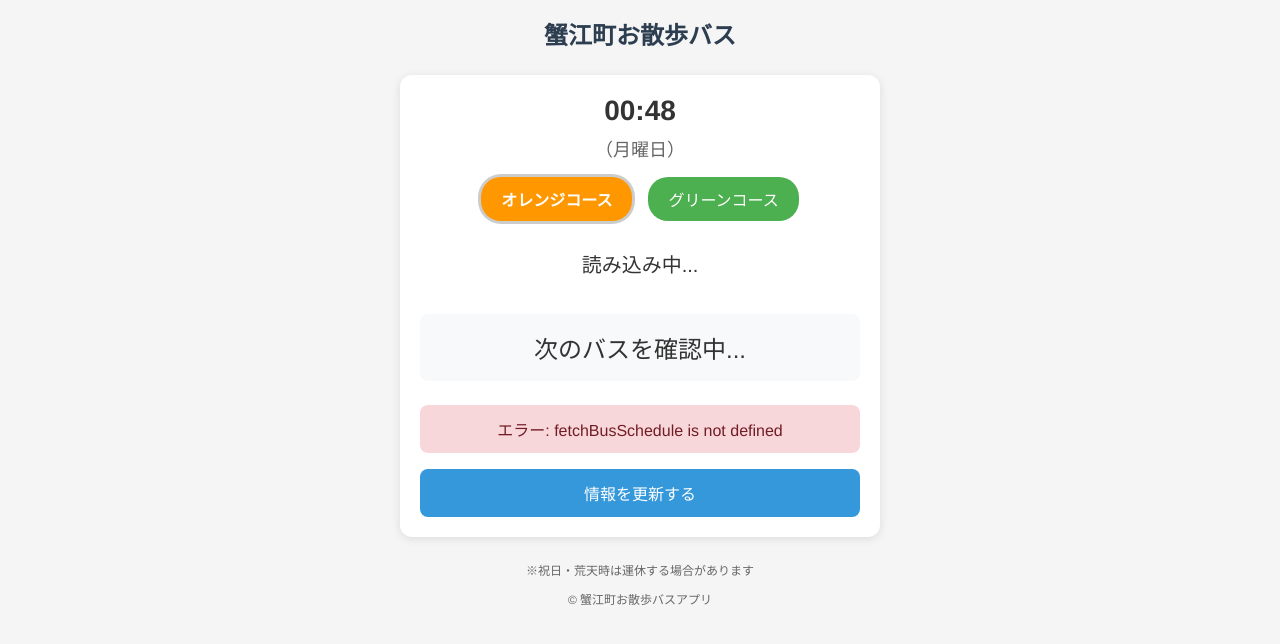
Repository: nagipan777/osanpobus-ver3
Page: index.html
An editor plug-in stored every save of this project. The page is shown before and after the next save, followed by the edit.
The browser window is 1280 px wide. The pictures show the whole page.

Above is the page before, as saved 2025-03-10 08:17:53.

After the next save:
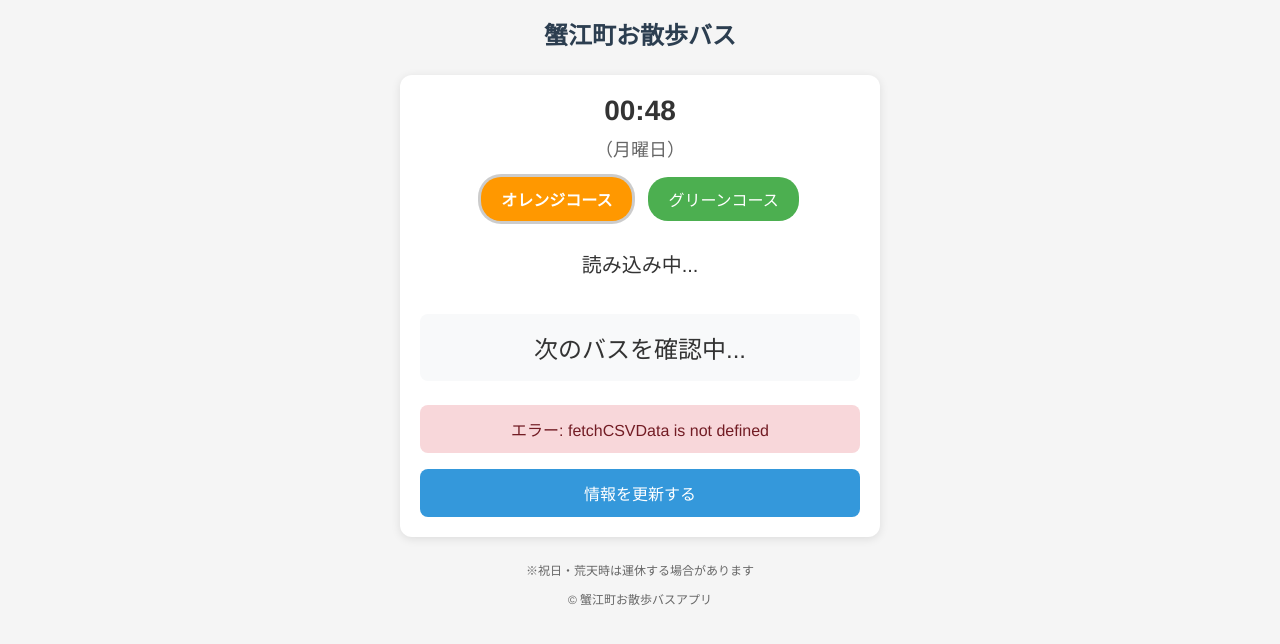
Saved 85 s later.
--- a/index.html
+++ b/index.html
@@ -363,8 +363,8 @@
                 errorContainerEl.style.display = 'none';
                 loadingEl.style.display = 'block';
 
-                // 1. スプレッドシートからバススケジュールを取得
-                await fetchBusSchedule();
+                // 6. CSVデータを処理
+                await processCSVData();
 
                 // 2. 祝日かどうかを確認
                 await checkIfHoliday();
@@ -378,8 +378,7 @@
                 // 5. 時刻表を表示
                 updateTimetableDisplay();
 
-                // 6. CSVデータを処理
-                await processCSVData();
+
 
                 loadingEl.style.display = 'none';
                 timetableContainerEl.style.display = 'block';
